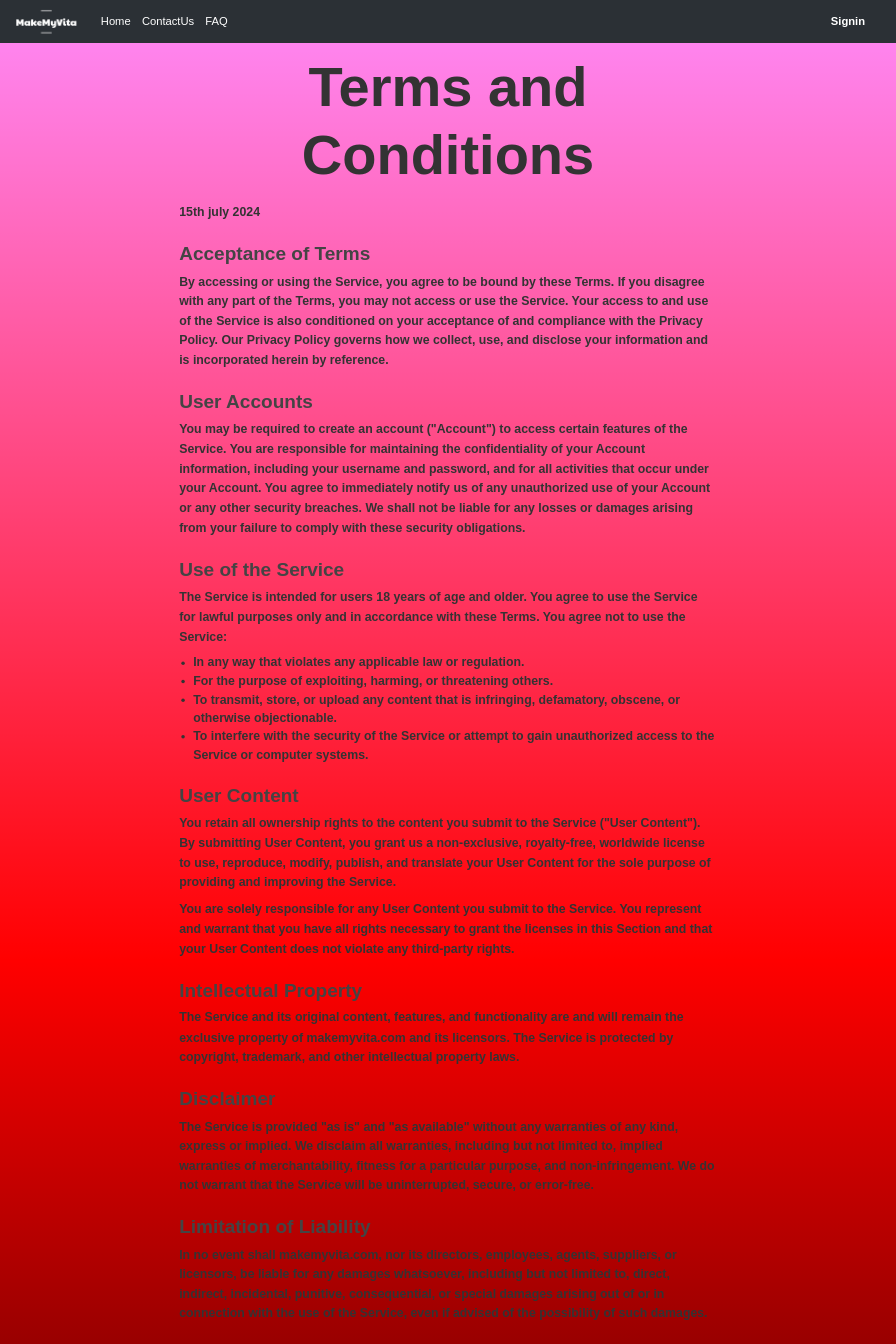
Repository: Tejaakshaykumar/MakeMyVita-Resume-Builder-Website
Page: /T&C (app in frontend/)
An editor plug-in stored every save of this project. The page is shown before and after the next save, followed by the edit.
The browser window is 1280 px wide. The pictures show the part of the page from y = 0 to 1920 px (the page is 2936 px tall), at 70% of full size.
Some web libraries are served in a nearby version. The project was rebuilt for these pictures with package versions that can differ from the ones it lists, and the page was loaded fresh each time. Also part of the build but not shown: frontend/src/App.css, frontend/src/containers/About.js, frontend/src/containers/Buildresume.js, frontend/src/containers/Images.js, frontend/src/containers/Features.js, frontend/src/containers/Review.js, frontend/src/containers/Trybox.js, frontend/src/containers/Motionbox.js and 5 more.

Above is the page before, as saved 2024-06-10 11:46:20.

### frontend/public/index.html
<!DOCTYPE html>
<html lang="en">
  <head>
    <meta charset="utf-8" />
    <link rel="icon" href="%PUBLIC_URL%/favicon.ico" />
    <meta name="viewport" content="width=device-width, initial-scale=1" />
    <meta name="theme-color" content="#000000" />
    <meta
      name="description"
      content="Web site created using create-react-app"
    />
    <link rel="apple-touch-icon" href="%PUBLIC_URL%/logo192.png" />
    <!--
      manifest.json provides metadata used when your web app is installed on a
      user's mobile device or desktop. See https://developers.google.com/web/fundamentals/web-app-manifest/
    -->
    <link rel="manifest" href="%PUBLIC_URL%/manifest.json" />
    <link rel="stylesheet" href="https://stackpath.bootstrapcdn.com/bootstrap/4.5.2/css/bootstrap.min.css">
  <link rel="stylesheet" href="https://stackpath.bootstrapcdn.com/font-awesome/4.7.0/css/font-awesome.min.css">
  <link href="https://cdn.jsdelivr.net/npm/bootstrap@5.3.3/dist/css/bootstrap.min.css" rel="stylesheet" integrity="sha384-QWTKZyjpPEjISv5WaRU9OFeRpok6YctnYmDr5pNlyT2bRjXh0JMhjY6hW+ALEwIH" crossorigin="anonymous">
  <link href="https://cdn.jsdelivr.net/npm/bootstrap-icons@1.7.2/font/bootstrap-icons.css" rel="stylesheet">
    <!--
      Notice the use of %PUBLIC_URL% in the tags above.
      It will be replaced with the URL of the `public` folder during the build.
      Only files inside the `public` folder can be referenced from the HTML.

      Unlike "/favicon.ico" or "favicon.ico", "%PUBLIC_URL%/favicon.ico" will
      work correctly both with client-side routing and a non-root public URL.
      Learn how to configure a non-root public URL by running `npm run build`.
    -->
    <title>React App</title>
  </head>
  <body>
    <noscript>You need to enable JavaScript to run this app.</noscript>
    <div id="root"></div>
    <!--
      This HTML file is a template.
      If you open it directly in the browser, you will see an empty page.

      You can add webfonts, meta tags, or analytics to this file.
      The build step will place the bundled scripts into the <body> tag.

      To begin the development, run `npm start` or `yarn start`.
      To create a production bundle, use `npm run build` or `yarn build`.
    -->
  </body>
  <script src="https://cdn.jsdelivr.net/npm/bootstrap@5.3.3/dist/js/bootstrap.bundle.min.js" integrity="sha384-YvpcrYf0tY3lHB60NNkmXc5s9fDVZLESaAA55NDzOxhy9GkcIdslK1eN7N6jIeHz" crossorigin="anonymous"></script>
</html>

### frontend/src/containers/Navbar.js
import React from 'react';
import { useNavigate } from 'react-router-dom';
import logo from '../images/HubSpot Brand Kit/Logo/PNG/main-logo-white-transparent.png';
export default function Navbar() {
  const navigate = useNavigate();
  const handleSigninClick = () => {
    navigate('/signin');
  };
  return (
    <div>

      <nav className="navbar fixed-top navbar-expand-lg bg-body-tertiary" data-bs-theme="dark" >
      <div className="container-fluid" >
        <a className="navbar-brand" href="/">
        <img src={logo} alt="Logo" style={{height:'5vh',width:'15vh',objectFit:'cover'}} />
        </a>
        <button
          className="navbar-toggler"
          type="button"
          data-bs-toggle="collapse"
          data-bs-target="#navbarSupportedContent"
          aria-controls="navbarSupportedContent"
          aria-expanded="false"
          aria-label="Toggle navigation"
        >
          <span className="navbar-toggler-icon" />
        </button>
        <div className="collapse navbar-collapse" id="navbarSupportedContent">
          <ul className="navbar-nav me-auto mb-2 mb-lg-0">
            <li className="nav-item">
              <a className="nav-link active" aria-current="page" href="/">
                Home
              </a>
            </li>
            <li className="nav-item">
              <a className="nav-link active" aria-current="page" href="#">
                ContactUs
              </a>
            </li>
            <li className="nav-item">
              <a className="nav-link active" aria-current="page" href="/FAQ">
                FAQ
              </a>
            </li>
          </ul>
          <form className="d-flex">
            <button className=" btn btn-outline-success custom-btn" type="submit" onClick={handleSigninClick}>
            &nbsp;&nbsp;&nbsp;&nbsp;&nbsp;Signin&nbsp;&nbsp;&nbsp;&nbsp;&nbsp;
            </button>
          </form>
        </div>
      </div>
    </nav>

    </div>
  );
}

### frontend/src/containers/Foot.js
import React from 'react';
import './cont.css'; // Import the CSS file

export default function Foot() {
  return (
    <footer>
      <div className="footer-container ">
        <ul className="footer-nav">
        <li className="nav-item">
            <a className="nav-link" href="/aboutus">
              ABOUT US
            </a>
          </li>
          <>|</>
          <li className="nav-item">
            <a className="nav-link" href="/T&C">
              TERMS & CONDITIONS
            </a>
          </li>
          <>|</>
        <li className="nav-item">
            <a className="nav-link" href="/privacy">
              PRIVACY POLICY
            </a>
          </li>
          <>|</>
          <li className="nav-item">
            <a className="nav-link" href="#">
              CONTACT US
            </a>
          </li>
          <>|</>
          <li className="nav-item">
            <a className="nav-link" href="/FAQ">
              FAQs
            </a>
          </li>
        </ul>
        <div class="social-icons">
        <a href="https://www.facebook.com" target="_blank" aria-label="Facebook">
          <i class="bi bi-facebook"></i>
        </a>
        <a href="https://www.instagram.com" target="_blank" aria-label="Instagram">
          <i class="bi bi-instagram"></i>
        </a>
        <a href="https://www.pinterest.com" target="_blank" aria-label="Pinterest">
          <i class="bi bi-pinterest"></i>
        </a>
        <a href="https://www.youtube.com" target="_blank" aria-label="YouTube">
          <i class="bi bi-youtube"></i>
        </a>
        <a href="https://www.linkedin.com" target="_blank" aria-label="LinkedIn">
          <i class="bi bi-linkedin"></i>
        </a>
        <a href="https://www.twitter.com" target="_blank" aria-label="Twitter">
          <i class="bi bi-twitter"></i>
        </a>
      </div>
      <div className="footer-copy">
          &copy; 2024 developed by Teja Akshay Kumar
      </div>
      </div>
    </footer>
  );
}

### frontend/src/containers/cont.css
/* navbar */
.custom-btn {
  color: white;
}
.custom-btn:hover {
  color: black;
  background-color: white;
}

.footer-container {
  height: 25vh;
  width: 100%;
  background-color: rgb(0, 0, 0);
  color: white;
  display: flex;
  flex-direction: column;
  align-items: center;
  /* padding-bottom: 3%; */
  /* justify-content: center; */
}

.footer-nav {
  display: flex;
  list-style: none;
  padding-top: 30px;
  margin: 0;
}

.footer-nav .nav-item {
  margin: 0 50px;
}

.footer-nav .nav-item .nav-link {
  color: white;
  text-decoration: none;
  /* text-transform: uppercase; */
  /* text-decoration: underline; */
}

.footer-nav .nav-item .nav-link:hover {
  text-decoration: underline;
}

.footer-copy {
  /* padding-top: 5%; */
  text-align: center;
  font-size: large;
  font-weight: 500;
  /* padding-bottom: 3%; */
}

.social-icons {
  display: flex;
  justify-content: center;
  gap: 40px;
  padding: 40px;
  /* background-color: #f0f0f0; */
}

.social-icons a {
  color: #ffffff;
  font-size: 24px;
  text-decoration: none;
}

.social-icons a:hover {
  color: #007bff;
}

/* Features */

.feature-component {
  height: 90vh;
  width: 100%;
  display: flex;
  justify-content: flex-start;
  flex-wrap: wrap;
  margin-top: 10%;
  padding-left: 8%;
  padding-right: 8%;
}
.feature {
  flex: 1 1 30%;
  box-sizing: border-box;
  padding: 20px;
  margin: 10px;
  text-align: center;
  background-color: #fff;
  border-radius: 8px;
  /* box-shadow: 0 4px 8px rgba(0, 0, 0, 0.1); */
}

.feature img {
  width: 60px;
  height:80px;
  margin-bottom: 10px;
}

.feature h3 {
  font-size: 1.5em;
  margin-bottom: 10px;
  font-weight: 500;
  font-family:'Franklin Gothic Medium', 'Arial Narrow', Arial, sans-serif;
}

.feature p {
  font-size: 1.3em;
  color: #666;
  font-weight: 400;
  font-family: 'Gill Sans', 'Gill Sans MT', Calibri, 'Trebuchet MS', sans-serif;
}

.feature:hover {
  background: linear-gradient(to right, #fd4908, #1e90ff);
  box-shadow: black;
  border-radius: 5%;
  color: rgb(255, 255, 255);
}

.feature:hover h3,
.feature:hover p {
  color: rgb(255, 255, 255);
}

/* About */
.resume-builder-container {
  display: flex;
  flex-direction: row;
  justify-content: space-between;
  align-items: center;
  padding: 10vh;
  /* background-color: #fff; */
  background: linear-gradient(to right, #84eefc, #ffffff, #ffffff);
  /* background:linear-gradient(to left, #00e1ff,#ffffff, #ffffff); */
  /* border: 1px solid #ddd; */
  /* border-radius: 8px; */
  /* box-shadow: 0 2px 4px rgba(0, 0, 0, 0.1); */
  height: 80vh;
}

.resume-builder-container1 {
  display: flex;
  flex-direction: row;
  justify-content: space-between;
  align-items: center;
  padding: 10vh;
  height: 80vh;
  background: linear-gradient(to top, #ffffff, #59CE8F,#E8F9FD, #ffffff);
}

/* .resume-builder-image {
    -webkit-mask-image: radial-gradient(circle, rgba(0, 0, 0, 1) 50%, rgba(0, 0, 0, 0) 90%);
    mask-image: radial-gradient(circle, rgba(0, 0, 0, 1) 50%, rgba(0, 0, 0, 0) 90%);
  }
   */
.resume-builder-content {
  max-width: 60%;
  padding: 10%;
}

.resume-builder-content1 {
  max-width: 70%;
  padding: 10%;
}

.resume-builder-content h1 {
  font-size: 4em;
  color: #333;
  margin-bottom: 10px;
  font-family: "Franklin Gothic Medium", "Arial Narrow", Arial, sans-serif;
  text-align: left;
}

.resume-builder-content p {
  font-size: 1.4em;
  font-weight: 400;
  color: #666;
  line-height: 1.5;
  margin-bottom: 20px;
  /* padding-left: 2%; */
  /* text-align: center; */
}

.resume-builder-content1 h1 {
  font-size: 4em;
  color: #333;
  margin-bottom: 10px;
  font-family: "Franklin Gothic Medium", "Arial Narrow", Arial, sans-serif;
  text-align: left;
}

.resume-builder-content1 p {
  font-size: 1.4em;
  font-weight: 400;
  color: #666;
  line-height: 1.5;
  margin-bottom: 20px;
  /* padding-left: 2%; */
  /* text-align: center; */
}

.aboutbutton {
  height: 6vh;
  width: 27%;
  margin-left: 20%;
  margin-top: 2%;
  text-align: center;
  font-weight: 500;
  border-radius: 7px;
  color: #ffffff;
  font-weight: 700;
  transition: background 0.3s ease;
  /* border-style:solid; */
  border-color: white;
  background: #3e14fc;
  box-shadow: 0 2px 6px rgba(24, 23, 23, 0.801);
  /* box-shadow: #3e14fc; */
}
.aboutbutton:hover {
  transition: background 0.3s ease;
  border-style: solid;
  background: linear-gradient(to right, #ffd000, #ff0000);
  box-shadow: #3e14fc;
}

.create-now-button {
  background-color: #00b0ff;
  color: #fff;
  border: none;
  padding: 10px 20px;
  font-size: 1em;
  border-radius: 5px;
  cursor: pointer;
}

.create-now-button:hover {
  background-color: #008cba;
}

.resume-builder-image {
  max-width: 40%;
}

.resume-builder-image img {
  max-width: 100%;
  height: auto;
  border-radius: 8px;
}

.text-gradient {
  background: linear-gradient(to right, #ff7f50, #1e90ff);
  -webkit-background-clip: text;
  -webkit-text-fill-color: transparent;
  background-clip: text;
  color: transparent;
}

.icon-container {
  width: 100%;
  height: 100px;
  overflow: hidden;
  white-space: nowrap;
  position: relative;
  background-color: #ffffff;
  padding-bottom: 25px;
}

.icons {
  display: inline-block;
  animation: moveIcons 40s linear infinite;
}

.icons img {
  font-size: 24px;
  margin: 0 15px; /* Add some margin between icons */
  color: #333;
  /* width: 100px; Adjust the size as needed */
  height: 50px;
}

@keyframes moveIcons {
  0% {
    transform: translateX(70%);
  }
  100% {
    transform: translateX(-100%);
  }
}

.try {
  height: 30vh;
  width: 100%;
  background-image: url("C:/Users/tejaa/Downloads/pexels-magda-ehlers-pexels-1279813.jpg");
  background-size: cover;
  align-items: center;
  display: flex;
  flex-direction: column;
  justify-content: center;
  margin-bottom: 7vh;
  margin-top: 5vh;
}

.try h2 {
  font-size: 280%;
  color: antiquewhite;
  text-shadow: 5px 5px 3px rgba(0, 0, 0, 0.3);
}
.try button {
  height: 4vh;
  width: 15%;
  font-weight: 700;
  border-radius: 5cm;
  color: blanchedalmond;
  border: #ffffff;
  background: linear-gradient(to right, #fd0808, #a51eff);
}

/* Review */
/* Styles for the main container */
/* Swiper specific styles */
/* #App {
  height: 100%;
}
html,
body {
  position: relative;
  height: 100%;
}

body {
  background: #eee;
  font-family: Helvetica Neue, Helvetica, Arial, sans-serif;
  font-size: 14px;
  color: #000;
  margin: 0;
  padding: 0;
} */
.swiper-container {
  /* position: relative; */
  height: 30vh;
  background: #ffffff;
  font-family: Helvetica Neue, Helvetica, Arial, sans-serif;
  font-size: 14px;
  color: #000;
  margin: 30px;
  padding: 10px;
  display: flex;
  flex-direction: row;
  justify-content: center;
}

.swiper {
  width: 100%;
  height: 100%;
}

.swiper-slide {
  text-align: center;
  font-size: 18px;
  background: #ffffff;
  display: flex;
  justify-content: center;
  align-items: center;
  padding-top: 20%;
  /* margin: 5%; */
}

.swiper-slide img {
  display: block;
  width: 100%;
  height: 100%;
  object-fit: cover;
}

.autoplay-progress {
  position: absolute;
  right: 16px;
  bottom: 16px;
  z-index: 10;
  width: 48px;
  height: 48px;
  display: flex;
  align-items: center;
  justify-content: center;
  font-weight: bold;
  color: var(--swiper-theme-color);
}

.autoplay-progress svg {
  --progress: 0;
  position: absolute;
  left: 0;
  top: 0px;
  z-index: 10;
  width: 100%;
  height: 100%;
  stroke-width: 4px;
  stroke: var(--swiper-theme-color);
  fill: none;
  stroke-dashoffset: calc(125.6px * (1 - var(--progress)));
  stroke-dasharray: 125.6;
  transform: rotate(-90deg);
}

### frontend/src/pages/pagestyles.css
/* TandC */

.tandc-container {
    max-width: 100%;
    /* margin: 0 auto; */
    padding: 6% 20%;
    font-family: Arial, sans-serif;
    background: linear-gradient(to top,rgb(0, 0, 0),rgb(255, 0, 0),rgba(255, 0, 242, 0.459));
    color: #333;
    /* margin-top: 7%; */
    margin-bottom: -2%;

  }

  .tandc-container h1 {
    text-align: center;
    margin-bottom: 20px;
    font-weight: 700;
    font-size: 5rem;
  }

  .tandc-container h2 {
    margin-top: 30px;
    color: #444;
    font-weight: 700;
    font-size: 1.7rem;
  }

  .tandc-container p {
    line-height: 1.6;
    font-weight: 600;
    font-size: 1.1rem;
  }

  .tandc-container ul {
    list-style-type: disc;
    padding-left: 20px;
    font-weight: 600;
    font-size: 1.1rem;
  }

  .tandc-container a {
    color: #1a73e8;
    text-decoration: none;
  }

  .tandc-container a:hover {
    text-decoration: underline;
  }


  /* Privacy */
  .privacy-container {
    max-width: 800px;
    margin: 0 auto;
    padding: 20px;
    font-family: 'Arial', sans-serif;
    color: #333;
    line-height: 1.6;
    background-color: #fff;
    border-radius: 8px;
    box-shadow: 0 0 10px rgba(0, 0, 0, 0.1);
  }

  h1 {
    text-align: center;
    color: #333;
    font-size: 2.5rem;
    margin-bottom: 20px;
  }

  h2 {
    color: #444;
    font-size: 1.75rem;
    margin-top: 20px;
  }

  h3 {
    color: #555;
    font-size: 1.5rem;
    margin-top: 15px;
  }

  p {
    margin-bottom: 10px;
  }

  ul {
    list-style-type: disc;
    padding-left: 20px;
  }

  a {
    color: #1a73e8;
    text-decoration: none;
  }

  a:hover {
    text-decoration: underline;
  }

  @media (max-width: 600px) {
    .privacy-container {
      padding: 10px;
    }

    h1 {
      font-size: 2rem;
    }

    h2 {
      font-size: 1.5rem;
    }

    h3 {
      font-size: 1.25rem;
    }
  }

  /* Aboutus */
  .about-container {
    font-family: 'Arial', sans-serif;
    color: #fff;
    max-width: 1200px;
    margin: 0 auto;
    padding: 20px;
    background-color: #000; /* For overall contrast, adjust as needed */
  }

  .about-top {
    position: relative;
    text-align: center;
    color: white;
  }

  .about-image {
    width: 100%;
    height: auto;
    border-radius: 10px;
    opacity: 0.8;
  }

  .about-content {
    position: absolute;
    top: 50%;
    left: 50%;
    transform: translate(-50%, -50%);
    background-color: rgba(0, 0, 0, 0.5); /* Semi-transparent background */
    padding: 20px;
    border-radius: 10px;
    max-width: 90%;
    text-align: left;
  }

  .about-content h1 {
    font-size: 3rem;
    margin-bottom: 10px;
  }

  .about-content p {
    font-size: 1.2rem;
  }

  .about-bottom {
    background-color: #222;
    padding: 40px;
    border-radius: 10px;
    margin-top: 20px;
  }

  .about-bottom h2 {
    font-size: 2rem;
    margin-bottom: 20px;
  }

  .about-bottom p,
  .about-bottom ul {
    font-size: 1.2rem;
    line-height: 1.6;
  }

  .about-bottom ul {
    list-style-type: disc;
    padding-left: 20px;
  }

  .about-bottom h3 {
    font-size: 1.5rem;
    margin-top: 20px;
  }

  @media (max-width: 768px) {
    .about-content h1 {
      font-size: 2rem;
    }

    .about-content p {
      font-size: 1rem;
    }

    .about-bottom h2 {
      font-size: 1.5rem;
    }

    .about-bottom p,
    .about-bottom ul {
      font-size: 1rem;
    }
  }

  /* FAQ */
  /* styles.css */

/* body, html {
  margin: 0;
  padding: 0;
  font-family: Arial, sans-serif;
  background-color: #f7f7f7;
}

.app {
  display: flex;
  justify-content: center;
  align-items: center;
  min-height: 100vh;
  padding: 20px;
} */

.faq-container {
  background-color: white;
  padding: 20px;
  border-radius: 8px;
  max-width: 800px;
  width: 100%;
  box-shadow: 0 4px 8px rgba(0, 0, 0, 0.1);
}

.faq-container h1 {
  text-align: center;
  margin-bottom: 20px;
}

.faq-container input {
  width: 100%;
  padding: 10px;
  margin-bottom: 20px;
  border: 1px solid #ccc;
  border-radius: 4px;
}

.faq-list {
  max-height: 500px;
  overflow-y: auto;
}

.faq-item {
  border-bottom: 1px solid #eee;
  padding: 10px 0;
}

.faq-question {
  cursor: pointer;
  font-weight: bold;
}

.faq-answer {
  margin-top: 10px;
}

.related-articles {
  margin-top: 10px;
}

.related-articles h4 {
  margin-bottom: 5px;
}

.related-articles ul {
  padding-left: 20px;
  margin: 0;
}

.related-articles li {
  list-style-type: disc;
}



  /* Dashboard */
  body {
    font-family: Arial, sans-serif;
  }

  .sidebar {
    position: fixed;
    top: 0;
    bottom: 0;
    left: 0;
    z-index: 100;
    padding: 48px 0 0;
    box-shadow: inset -1px 0 0 rgba(0, 0, 0, .1);
  }

  .sidebar .nav-link {
    font-weight: 500;
    color: #333;
  }

  .sidebar .nav-link.active {
    color: #007bff;
  }

  .sidebar .nav-link:hover {
    color: #007bff;
  }

  .sidebar .sidebar-title {
    padding: 16px;
    font-size: 1.5rem;
    text-align: center;
  }

  .sidebar-footer {
    position: absolute;
    bottom: 0;
    width: 100%;
    padding: 16px;
    text-align: center;
  }

  .sidebar-footer .nav-link {
    color: #007bff;
  }

  .sidebar-footer .nav-link:hover {
    color: #0056b3;
  }

  .badge-new {
    background-color: #28a745;
    color: white;
    padding: 4px 8px;
    border-radius: 12px;
  }

  .card {
    margin-bottom: 1.5rem;
  }

  .card-title {
    font-size: 1.5rem;
    font-weight: bold;
  }

  .alert {
    margin-bottom: 0;
    font-size: 0.875rem;
  }

  @media (max-width: 767.98px) {
    .sidebar {
      position: relative;
      width: 100%;
      height: auto;
    }

    .sidebar .nav-link {
      font-size: 0.875rem;
    }
  }


  /* Signin */


  .signin {
    /* background: linear-gradient(45deg, #a1c4fd, #c2e9fb); */
    font-family: 'Arial', sans-serif;
    /* background:linear-gradient(to top,#000000,#5A72A0,#83B4FF,#FDFFE2); */
    background:linear-gradient(to top,#000000,#243763);
    /* background:linear-gradient(to top,#000000,#E96479,#F5E9CF,#c4fffd); */

    height: 100vh;
    display: flex;
    justify-content: center;
    align-items: center;
    margin-bottom: -2%;
  }

  .signin-container {
    text-align: center;

  }

  .signin-box {
    background: #fff;
    padding: 40px;
    border-radius: 8px;
    box-shadow: 0px 0px 20px rgba(0, 0, 0, 0.301);
    width: 500px;
    max-width: 90%;
  }

  .signin-header h2 {
    font-size: 24px;
    font-weight: 700;
    margin-bottom: 10px;
  }

  .signin-header p {
    font-size: 14px;
    color: #777;
    margin-bottom: 20px;
  }

  .form-group {
    margin-bottom: 15px;
  }

  .form-group label {
    display: block;
    text-align: left;
    margin-bottom: 5px;
  }

  .form-control {
    width: 100%;
    padding: 10px;
    border: 1px solid #ccc;
    border-radius: 4px;
    box-sizing: border-box;
  }

  .input-group {
    display: flex;
    align-items: center;
  }

  .input-group-append {
    background: #fff;
    border: 1px solid #ccc;
    border-left: 0;
    padding: 10px;
    border-radius: 0 4px 4px 0;
    cursor: pointer;
  }

  .form-check {
    display: flex;
    align-items: center;
    justify-content: space-between;
    margin: 20px 0;
  }

  .form-check-input {
    margin-right: 10px;
  }

  .form-check-label {
    margin-right: auto;
  }

  .forgot-password {
    color: #000;
    text-decoration: none;
  }

  .btn {
    width: 100%;
    padding: 10px;
    border: none;
    border-radius: 4px;
    cursor: pointer;
    font-size: 16px;
    font-weight: bold;
  }

  .btn-primary {
    background: #000;
    color: #fff;
  }

  .or-use {
    margin: 20px 0;
  }

  .or-use span {
    background: #fff;
    padding: 0 10px;
    color: #777;
  }

  .social-login {
    display: flex;
    justify-content: center;
    margin: 20px 0;
  }

  .social-login button {
    margin: 0 10px;
    width: 50px;
    height: 50px;
    border-radius: 50%;
    border: 1px solid #ccc;
    display: inline-flex;
    justify-content: center;
    align-items: center;
    background: #fff;
    cursor: pointer;
  }

  footer {
    margin-top: 20px;
  }

  footer p {
    font-size: 14px;
    color: #777;
  }

Loaded but not shown: frontend/src/index.js (common file); frontend/src/index.css (common file); frontend/src/reportWebVitals.js (common file); frontend/src/pages/TandC.js (106 lines, source omitted); frontend/src/App.js (99 lines, source omitted)

After the next save:
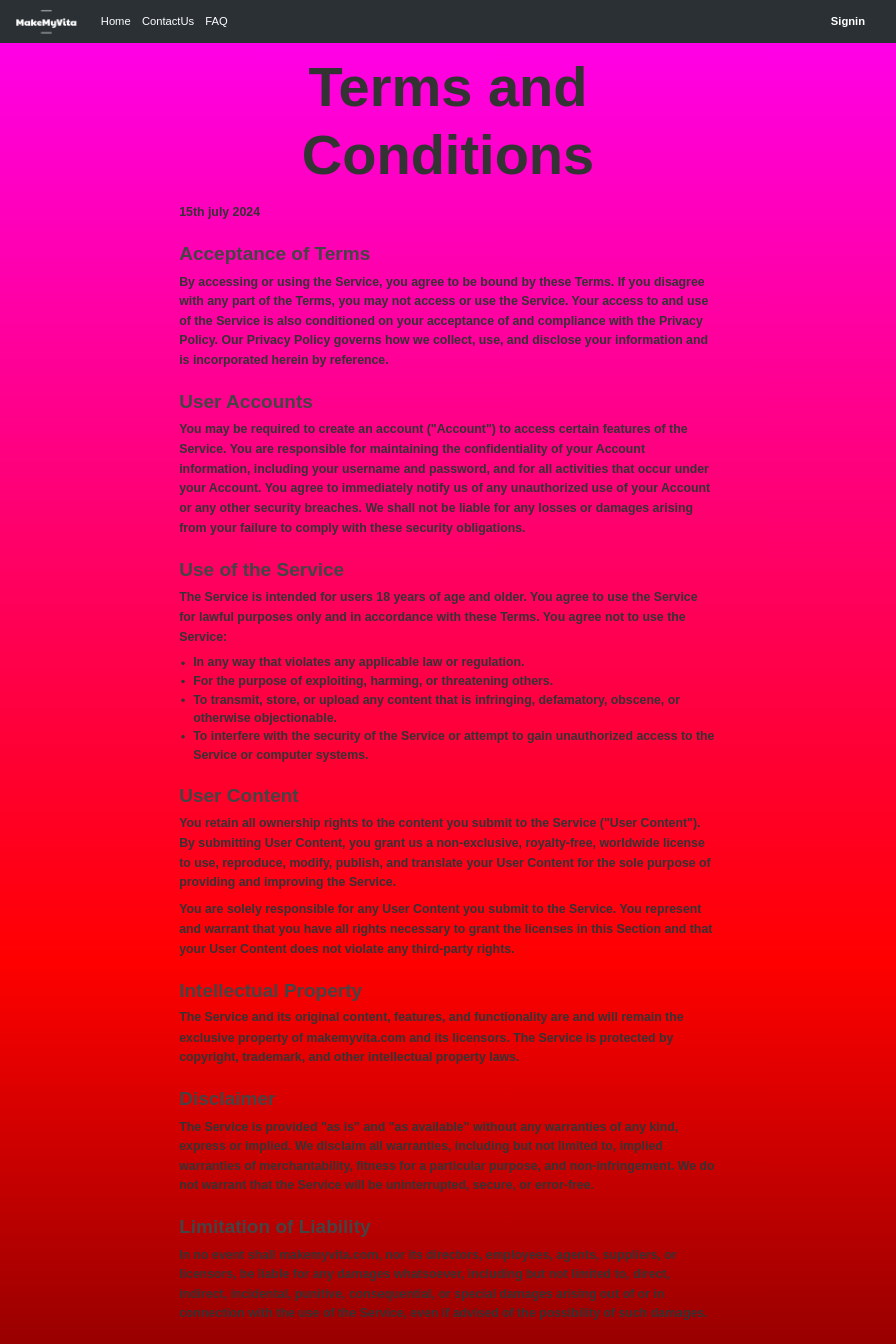
Saved 17 s later.
--- a/frontend/src/pages/pagestyles.css
+++ b/frontend/src/pages/pagestyles.css
@@ -5,7 +5,7 @@
     /* margin: 0 auto; */
     padding: 6% 20%;
     font-family: Arial, sans-serif;
-    background: linear-gradient(to top,rgb(0, 0, 0),rgb(255, 0, 0),rgba(255, 0, 242, 0.459));
+    background: linear-gradient(to top,rgb(0, 0, 0),rgb(255, 0, 0),rgb(255, 0, 242));
     color: #333;
     /* margin-top: 7%; */
     margin-bottom: -2%;
